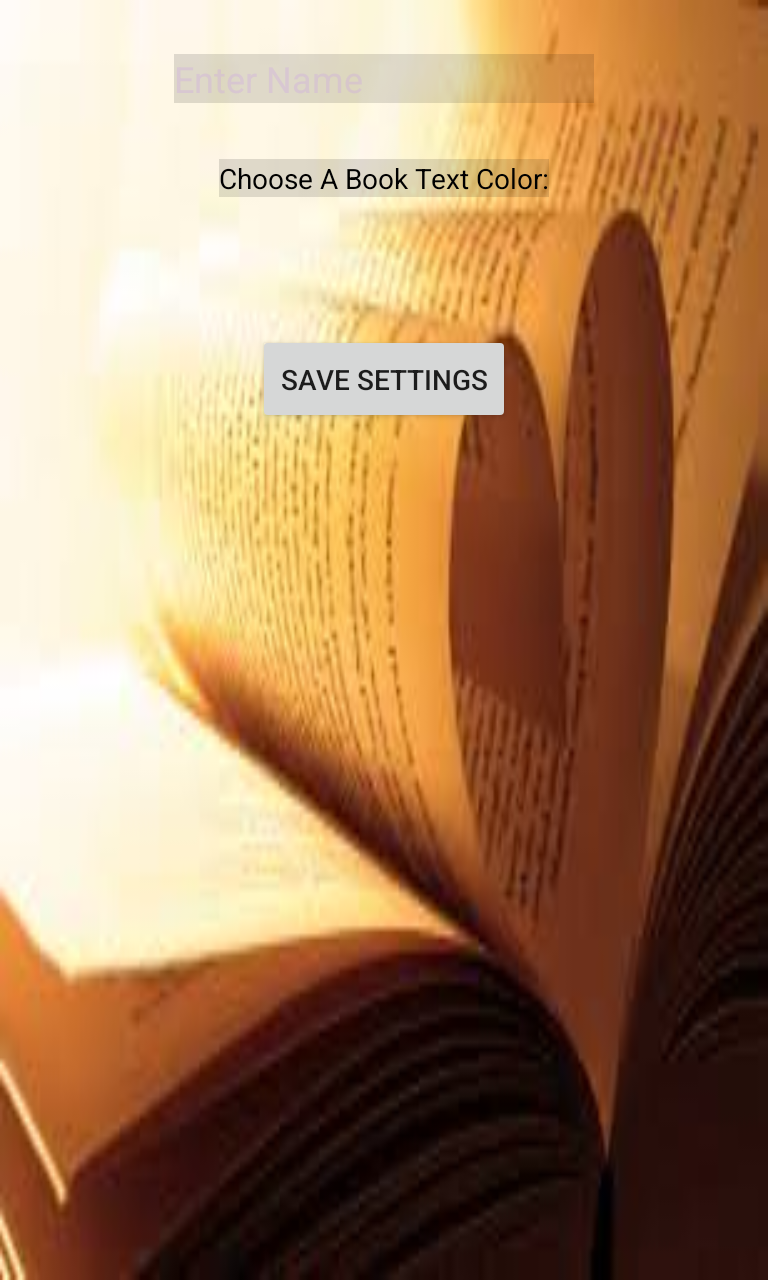
Repository: arianaantonio/MDF3_Antonio
Layout: Readable/res/layout/activity_main.xml
These files come from the project's save history. The layout is drawn as it stood at one moment and after the next save; the edit follows.
It is drawn on a 768 x 1280 px phone screen (xhdpi) without system bars, with theme AppTheme; the app's code is not run. The app's manifest (not shown) leaves right-to-left support off. So textAlignment, textDirection and layoutDirection are ignored, and left and right values win over start and end ones.

Above is the layout before, as saved 2014-08-21 03:23:48.

After the next save:
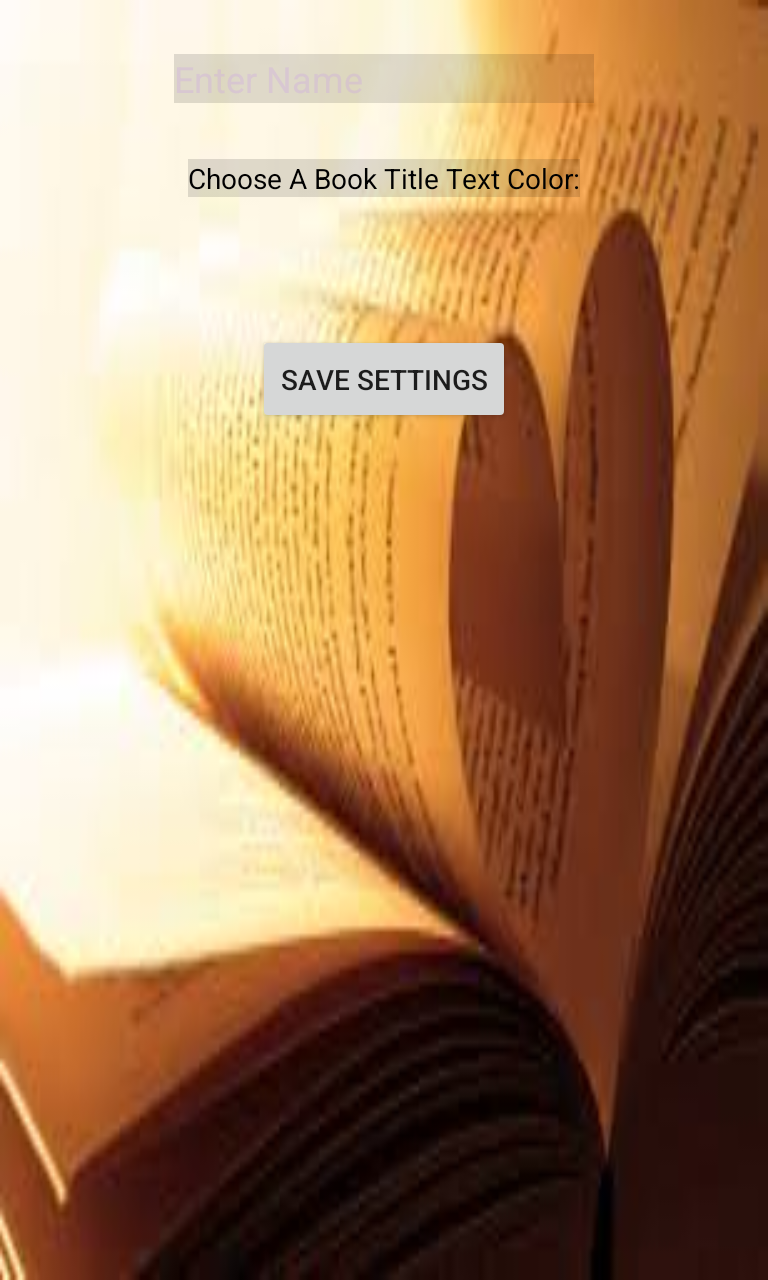
Saved 81 s later.
--- a/Readable/res/values/strings.xml
+++ b/Readable/res/values/strings.xml
@@ -5,7 +5,7 @@
     <string name="username">Enter Your Name:</string>
     <string name="nextBook">Next Book:</string>
     <color name="lavender">#50cba1e6</color>
-    <string name="backgroundColor">Choose A Book Text Color:</string>
+    <string name="backgroundColor">Choose A Book Title Text Color:</string>
     <string name="button">Save Settings</string>
     <dimen name="widget_margin">8dp</dimen>
     <string name="widget_button">Book Details On Amazon</string>
